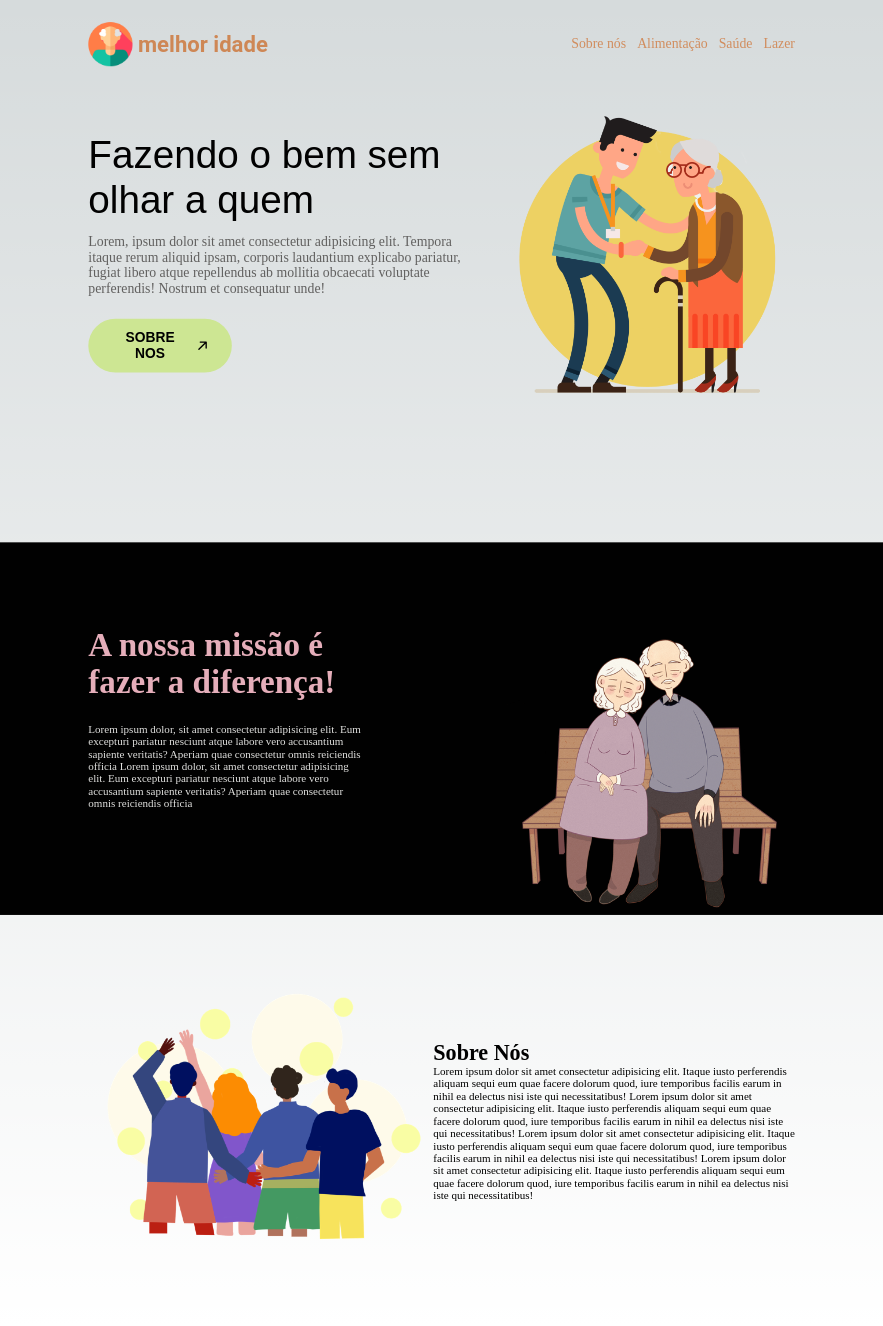
Repository: Giopol12/melhor-idade-online
Page: /home
An editor plug-in stored every save of this project. The page is shown before and after the next save, followed by the edit.
The browser window is 1280 px wide. The pictures show the whole page, at 69% of full size.
The project was rebuilt for these pictures with package versions that can differ from the ones it lists, and the page was loaded fresh each time. The framework's server and built-in components were replaced by stand-ins that run in the browser. Also part of the build but not shown: next.config.js.

Above is the page before, as saved 2023-11-22 08:57:57.

### src/pages/home/index.tsx
import { Header } from '@/components/Header'
import { Container } from './styles'
import { HomeMain } from './HomeMain'

import { OurMission } from '@/components/OurMission'
import { AboutUs } from '@/components/AboutUs'
export default function Home() {
  return (
    <Container>
      <Header />
      <HomeMain />
      <OurMission />
      <AboutUs />
    </Container>
  )
}

### src/components/Header/index.tsx
import Image from 'next/image'
import { HeaderContainer, LogoContainer, NavContainer } from './styles'

import logo2 from '../../../assets/logo2.png'
import Link from 'next/link'

export function Header() {
  return (
    <HeaderContainer>
      <LogoContainer href="/">
        <Image src={logo2} width={64} alt="logo" quality={100} />
        <strong>melhor idade</strong>
      </LogoContainer>

      <NavContainer>
        <Link href={'#about-us'}>Sobre nós</Link>
        <Link href="/">Alimentação</Link>
        <Link href="/">Saúde</Link>
        <Link href="/">Lazer</Link>
      </NavContainer>
    </HeaderContainer>
  )
}

### src/pages/home/styles.ts
import { styled } from '@/styles'

export const Container = styled('div', {
  maxWidth: '1440px',
  margin: '0 auto',
})

### src/pages/home/HomeMain/index.tsx
import Image from 'next/image'
import { ContentContainer, HomeMainContainer } from './styles'

import mainImg from '../../../../assets/main-image.png'
import { ArrowUpRight } from '@phosphor-icons/react'

export function HomeMain() {
  return (
    <HomeMainContainer>
      <ContentContainer>
        <h1>Fazendo o bem sem olhar a quem</h1>
        <p>
          Lorem, ipsum dolor sit amet consectetur adipisicing elit. Tempora
          itaque rerum aliquid ipsam, corporis laudantium explicabo pariatur,
          fugiat libero atque repellendus ab mollitia obcaecati voluptate
          perferendis! Nostrum et consequatur unde!
        </p>
        <button>
          <span>SOBRE NOS</span>
          <ArrowUpRight size={22} weight="bold" />
        </button>
      </ContentContainer>
      <Image src={mainImg} width={450} alt="" />
    </HomeMainContainer>
  )
}

### src/components/OurMission/index.tsx
import {
  OurMissionContainer,
  OurMissionContentContainer,
  OurMissionTitleAndDescriptionContainer,
} from './styles'
import Image from 'next/image'
import img from '@/../assets/our-mission-img.png'

export function OurMission() {
  return (
    <OurMissionContainer>
      <OurMissionContentContainer>
        <OurMissionTitleAndDescriptionContainer>
          <h1>A nossa missão é fazer a diferença!</h1>
          <p>
            Lorem ipsum dolor, sit amet consectetur adipisicing elit. Eum
            excepturi pariatur nesciunt atque labore vero accusantium sapiente
            veritatis? Aperiam quae consectetur omnis reiciendis officia Lorem
            ipsum dolor, sit amet consectetur adipisicing elit. Eum excepturi
            pariatur nesciunt atque labore vero accusantium sapiente veritatis?
            Aperiam quae consectetur omnis reiciendis officia
          </p>
        </OurMissionTitleAndDescriptionContainer>
        <Image src={img} height={420} quality={100} alt="" />
      </OurMissionContentContainer>
    </OurMissionContainer>
  )
}

### src/components/AboutUs/index.tsx
import { AboutUsContainer, AboutUsContentContainer } from './styles'

import Image from 'next/image'
import youngPeople from '@/../assets/young-people.png'
export function AboutUs() {
  return (
    <AboutUsContainer id="about-us">
      <Image src={youngPeople} width={500} alt="" />
      <AboutUsContentContainer>
        <h1>Sobre Nós</h1>
        <p>
          Lorem ipsum dolor sit amet consectetur adipisicing elit. Itaque iusto
          perferendis aliquam sequi eum quae facere dolorum quod, iure
          temporibus facilis earum in nihil ea delectus nisi iste qui
          necessitatibus! Lorem ipsum dolor sit amet consectetur adipisicing
          elit. Itaque iusto perferendis aliquam sequi eum quae facere dolorum
          quod, iure temporibus facilis earum in nihil ea delectus nisi iste qui
          necessitatibus! Lorem ipsum dolor sit amet consectetur adipisicing
          elit. Itaque iusto perferendis aliquam sequi eum quae facere dolorum
          quod, iure temporibus facilis earum in nihil ea delectus nisi iste qui
          necessitatibus! Lorem ipsum dolor sit amet consectetur adipisicing
          elit. Itaque iusto perferendis aliquam sequi eum quae facere dolorum
          quod, iure temporibus facilis earum in nihil ea delectus nisi iste qui
          necessitatibus!
        </p>
      </AboutUsContentContainer>
    </AboutUsContainer>
  )
}

### src/components/Header/styles.ts
import { styled } from '@/styles'
import Link from 'next/link'

export const HeaderContainer = styled('header', {
  maxWidth: 1024,
  margin: '2rem auto',
  display: 'flex',
  justifyContent: 'space-between',
  alignItems: 'center',
})
export const LogoContainer = styled(Link, {
  fontFamily: 'Roboto, sans-serif',
  display: 'flex',
  alignItems: 'center',
  gap: '0.5rem',
  fontWeight: 900,
  fontSize: '2rem',
  textDecoration: 'none',
  color: '$beije500',
})
export const NavContainer = styled('div', {
  display: 'flex',
  gap: '1rem',
  a: {
    textDecoration: 'none',
    color: '$beije400',
    fontSize: '$lg',
    borderBottom: '3px solid transparent',
    '&:hover': {
      borderBottom: '3px solid $beije500',
    },
  },
})

### src/styles/index.ts
import { createStitches } from '@stitches/react'
export const {
  config,
  createTheme,
  css,
  getCssText,
  globalCss,
  keyframes,
  prefix,
  reset,
  styled,
  theme,
} = createStitches({
  theme: {
    colors: {
      white: '#FFF',

      beije100: '#FFFBF4',
      beije400: '#D18D5E',
      beije500: '#CE8755',
      gray500: '#61605F',
      gray700: '#21201F',
      gray900: '#010101',
      green100: '#CDE693',

      blue200: '#8291C1',
    },

    fontSizes: {
      md: '1.125rem',
      lg: '1.25rem',
      xl: '1.5rem',
      '2xl': '2rem',
    },
  },
})

### src/pages/home/HomeMain/styles.ts
import { styled } from '@/styles'

export const HomeMainContainer = styled('main', {
  maxWidth: 1024,
  margin: '3rem auto',
  display: 'flex',
  justifyContent: 'space-between',
})
export const ContentContainer = styled('div', {
  marginTop: '3rem',
  display: 'flex',
  flexDirection: 'column',

  flex: 1,
  gap: '1rem',
  paddingRight: '1.5rem',
  h1: {
    fontSize: '3.5rem',
    color: '$gray900',
    fontFamily: 'Lobster, sans-serif;',
    fontWeight: '400',
  },
  p: {
    fontSize: '$lg',
    color: '$gray500',
  },
  button: {
    marginTop: '1rem',
    display: 'flex',
    justifyContent: 'center',
    gap: '0.5rem',
    alignItems: 'center',
    boxSizing: 'initial',
    fontWeight: 'bold',
    width: '9rem',
    fontSize: '$lg',
    background: '$green100',
    border: 0,
    borderRadius: '9999px',
    padding: '1rem 2rem',
    '&:hover': {
      filter: 'brightness(0.8)',
      cursor: 'pointer',
    },
  },
})

### src/components/OurMission/styles.ts
import { styled } from '@/styles'

export const OurMissionContainer = styled('div', {
  margin: '12rem auto 0',
  background: '$gray900',
})
export const OurMissionContentContainer = styled('div', {
  maxWidth: 1024,
  paddingTop: '7.5rem',
  margin: '0 auto',

  display: 'flex',
  justifyContent: 'space-between',
})
export const OurMissionTitleAndDescriptionContainer = styled('div', {
  display: 'flex',
  flexDirection: 'column',
  gap: '2rem',
  maxWidth: '25rem',
  h1: {
    color: '#E5AEBA',
    fontSize: '3rem',
  },
  p: {
    color: '#E1E1DF',
  },
})

### src/components/AboutUs/styles.ts
import { styled } from '@/styles'

export const AboutUsContainer = styled('div', {
  maxWidth: 1024,
  margin: '3rem auto',
  display: 'flex',
  gap: '0rem',
  justifyContent: 'space-between',
})
export const AboutUsContentContainer = styled('div', {
  flex: 1,
  display: 'flex',
  justifyContent: 'center',
  flexDirection: 'column',
})

Loaded but not shown: src/pages/_app.tsx (common file); src/pages/_document.tsx (common file); src/styles/globals.css (common file)

After the next save:
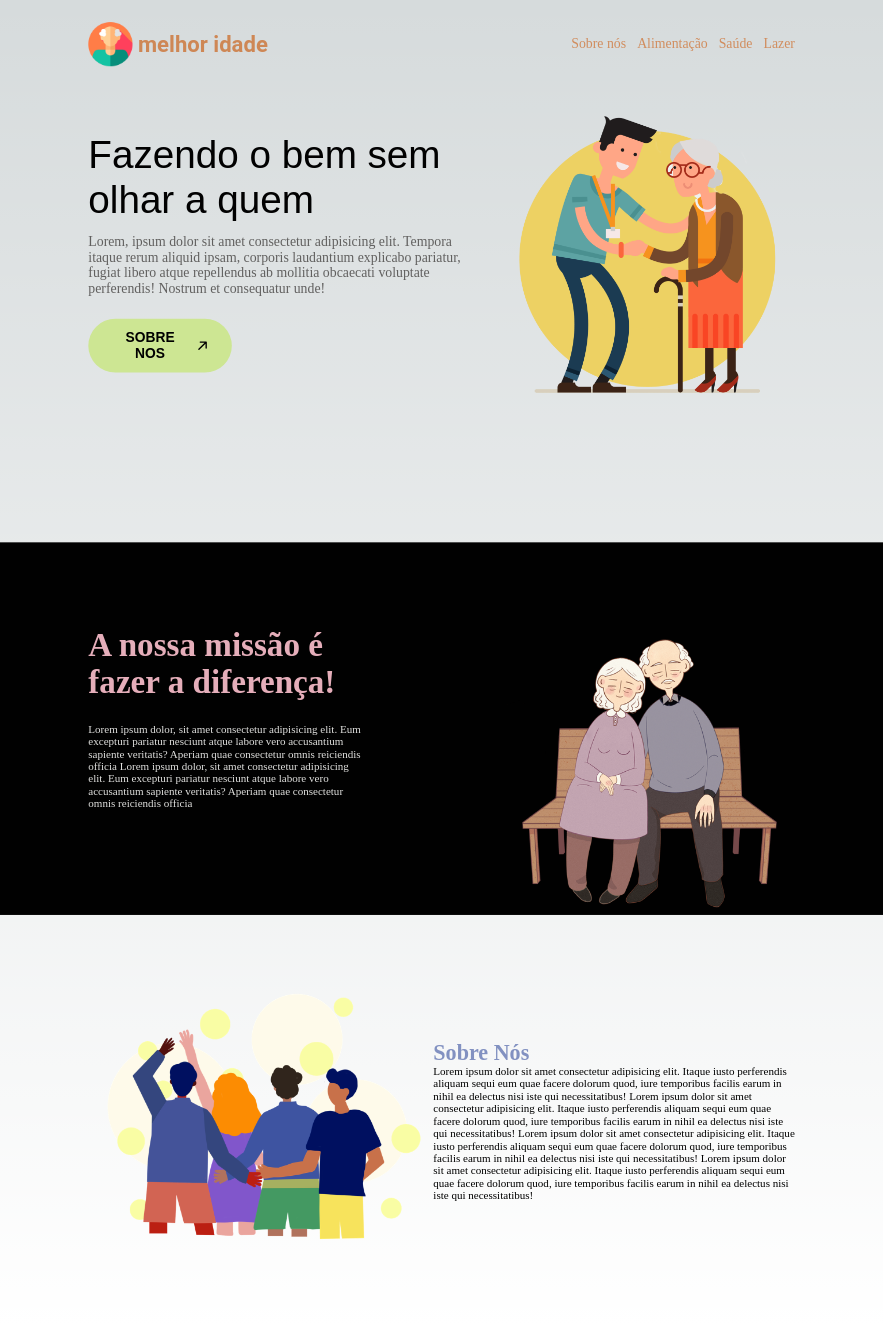
Saved 18 s later.
--- a/src/components/AboutUs/styles.ts
+++ b/src/components/AboutUs/styles.ts
@@ -12,4 +12,7 @@ export const AboutUsContentContainer = styled('div', {
   display: 'flex',
   justifyContent: 'center',
   flexDirection: 'column',
+  h1: {
+    color: '$blue200',
+  },
 })
